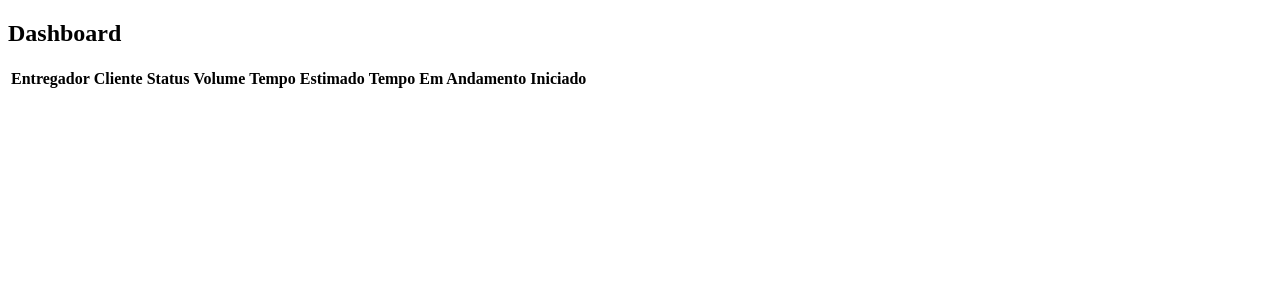
Repository: feliperanon/mobilegestao
Page: /dashboard (app in frontend/)
An editor plug-in stored every save of this project. The page is shown before and after the next save, followed by the edit.
The browser window is 1280 px wide. The pictures show the whole page.
The page's requests for data from a server got no answer. The project was rebuilt for these pictures with package versions that can differ from the ones it lists, and the page was loaded fresh each time. No one was signed in, and anything a server would have sent is missing. Also part of the build but not shown: frontend/webpack.config.js, frontend/src/pages/Home.js, frontend/src/pages/History.js, frontend/src/pages/Analysis.js, frontend/src/components/Login.js, frontend/src/components/Register.js, frontend/src/components/AddDelivery.js, frontend/src/components/Deliveries.js.

Above is the page before, as saved 2024-07-14 16:01:59.

After the next save:
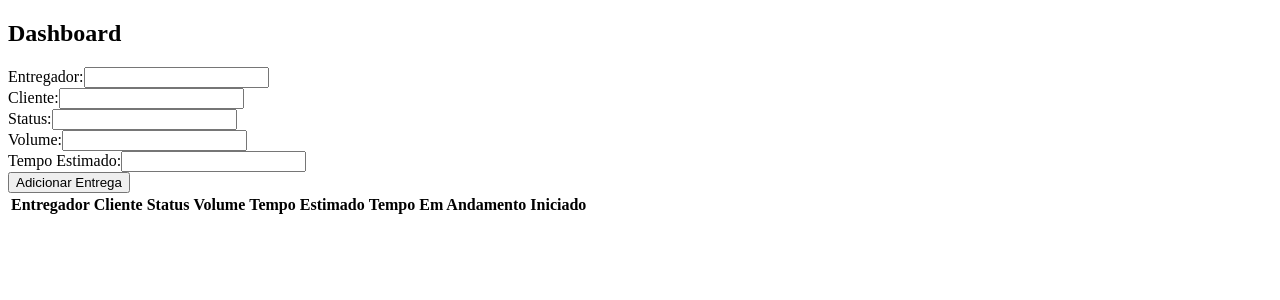
Saved 24 s later.
--- a/frontend/src/components/Dashboard.js
+++ b/frontend/src/components/Dashboard.js
@@ -5,6 +5,11 @@ import axios from 'axios';
 
 const Dashboard = () => {
   const [deliveries, setDeliveries] = useState([]);
+  const [entregador, setEntregador] = useState('');
+  const [cliente, setCliente] = useState('');
+  const [status, setStatus] = useState('');
+  const [volume, setVolume] = useState('');
+  const [tempoEstimado, setTempoEstimado] = useState('');
 
   useEffect(() => {
     const fetchData = async () => {
@@ -14,9 +19,53 @@ const Dashboard = () => {
     fetchData();
   }, []);
 
+  const handleSubmit = async (e) => {
+    e.preventDefault();
+    try {
+      const res = await axios.post('http://localhost:5008/api/deliveries', {
+        entregador,
+        cliente,
+        status,
+        volume,
+        tempoEstimado,
+      });
+      setDeliveries([res.data, ...deliveries]);
+      setEntregador('');
+      setCliente('');
+      setStatus('');
+      setVolume('');
+      setTempoEstimado('');
+    } catch (err) {
+      console.error(err);
+    }
+  };
+
   return (
     <div>
       <h2>Dashboard</h2>
+      <form onSubmit={handleSubmit}>
+        <div>
+          <label>Entregador:</label>
+          <input type="text" value={entregador} onChange={(e) => setEntregador(e.target.value)} required />
+        </div>
+        <div>
+          <label>Cliente:</label>
+          <input type="text" value={cliente} onChange={(e) => setCliente(e.target.value)} required />
+        </div>
+        <div>
+          <label>Status:</label>
+          <input type="text" value={status} onChange={(e) => setStatus(e.target.value)} required />
+        </div>
+        <div>
+          <label>Volume:</label>
+          <input type="number" value={volume} onChange={(e) => setVolume(e.target.value)} required />
+        </div>
+        <div>
+          <label>Tempo Estimado:</label>
+          <input type="number" value={tempoEstimado} onChange={(e) => setTempoEstimado(e.target.value)} required />
+        </div>
+        <button type="submit">Adicionar Entrega</button>
+      </form>
       <table>
         <thead>
           <tr>
@@ -31,14 +80,14 @@ const Dashboard = () => {
         </thead>
         <tbody>
           {deliveries.map((delivery) => (
-            <tr key={delivery.id}>
+            <tr key={delivery._id}>
               <td>{delivery.entregador}</td>
               <td>{delivery.cliente}</td>
               <td>{delivery.status}</td>
               <td>{delivery.volume}</td>
               <td>{delivery.tempoEstimado}</td>
               <td>{delivery.tempoEmAndamento}</td>
-              <td>{delivery.iniciado}</td>
+              <td>{new Date(delivery.iniciado).toLocaleString()}</td>
             </tr>
           ))}
         </tbody>
